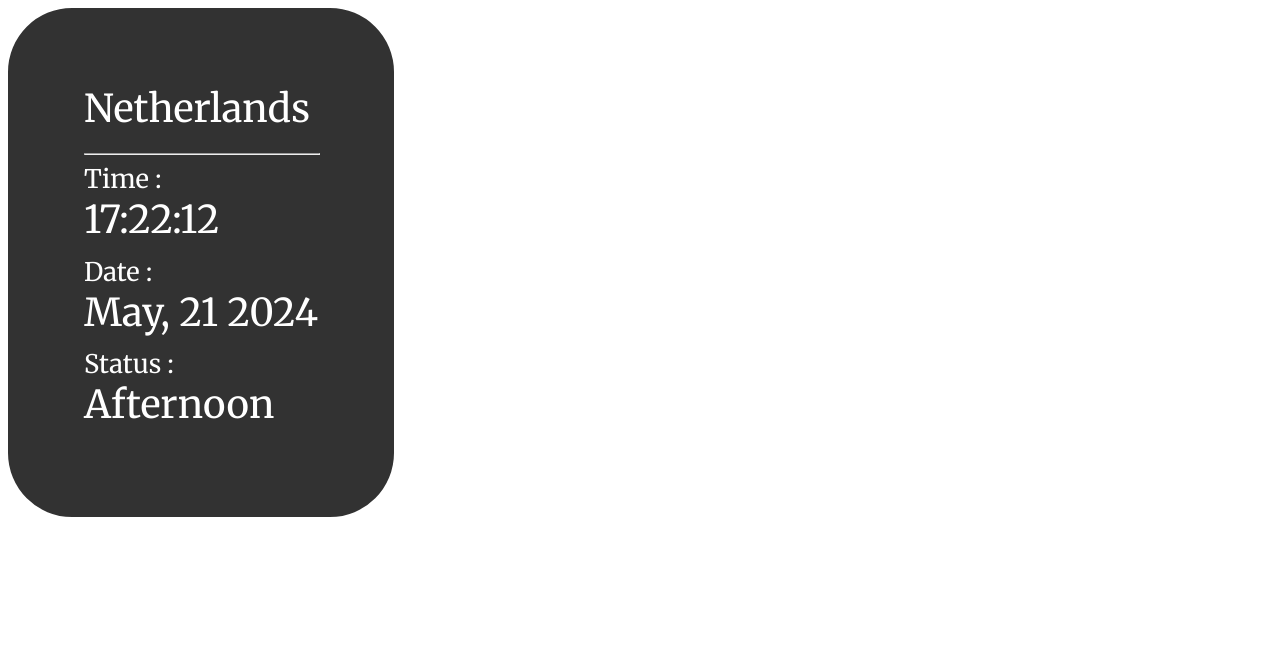
Repository: SnakeXrnt/notion-clock
Page: netherlands.html
The author's editor kept a copy of each file at every save. The page is drawn from the files as they stood at one save, then again after the next save.
The browser window is 1280 px wide. The pictures show the whole page.

Above is the page before, as saved 2024-05-21 16:42:52.

After the next save:
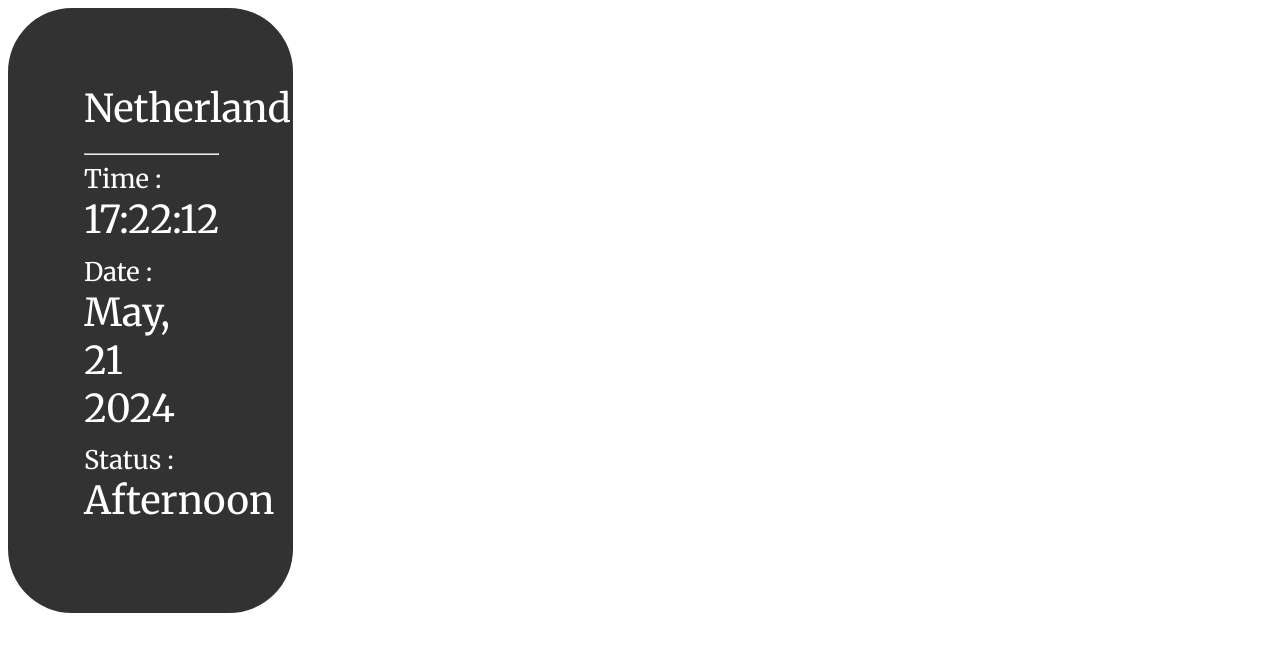
Saved 21 s later.
--- a/netherlands.html
+++ b/netherlands.html
@@ -27,7 +27,7 @@
         .box {
             display: flex;
             flex-direction: column;
-            width: max-content;
+            width: 100pt;
             height: max-content;
             border: 6vw solid rgb(50, 50, 50);
             background-color: rgb(50, 50, 50);
